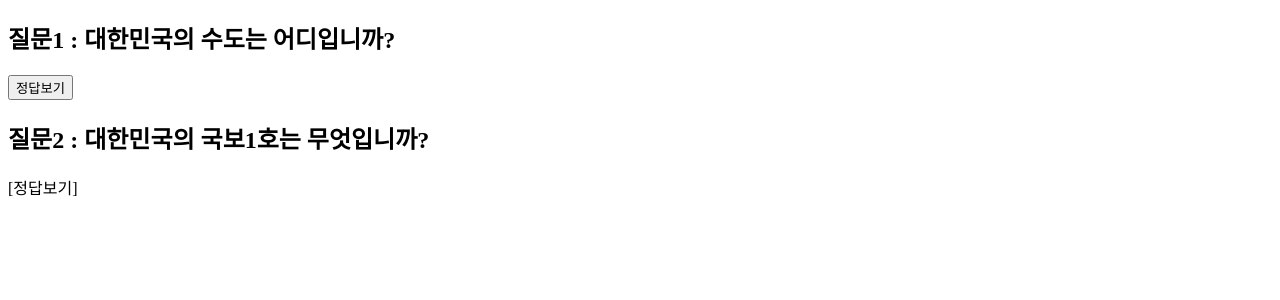
Repository: yoojisoo/YONSAI
Page: http://localhost/teatJava/html/script05.jsp
An editor plug-in stored every save of this project. The page is shown before and after the next save, followed by the edit.
The browser window is 1280 px wide. The pictures show the whole page.
After loading, the first visible `button.q1` was clicked once.
The page is served by Tomcat 9.

Above is the page before, as saved 2021-08-20 05:39:41.
Console error: ReferenceError: count is not defined

### jsworkspace/teatJava/src/main/webapp/html/script05.jsp
<%@ page language="java" contentType="text/html; charset=UTF-8"
    pageEncoding="UTF-8"%>
<!DOCTYPE html>
<html>
<head>
<meta charset="UTF-8">
<title>정답보기</title>
<script src="../js/jquery-3.6.0.js"></script> <!--제이쿼리라이브러리-->
<script>
	var count1=0;
	var count2=0;
	$(document).ready(function(){
		$("ans").hide();
		$("button.q1").click(function(){
			count1++;
				if(count%2==1){
					$("ans.q1").show();
					$("button.q1").text("정답숨기기");

				}else{
					$("ans.q1").hide();
					$("button.q1").text("정답보기");
				}
		});
		$("p.q2").click(function(){
			count2++;
				if(count%2==1){
					$("ans.q2").show();

				}else{
					$("ans.q2").hide();
				}
		});
	});
</script>
</head>
<body>
	<h2>질문1 : 대한민국의 수도는 어디입니까?</h2>
		<button class="q1">정답보기</button><br>
		<ans class="q1">대한민국의 수도는 서울입니다.</ans>


	<h2>질문2 : 대한민국의 국보1호는 무엇입니까?</h2>
		<p class="q2">[정답보기]</p>
		<ans class="q2">대한민국의 국보1호는 숭례문입니다.</ans>
</body>
</html>

Loaded but not shown: jsworkspace/teatJava/src/main/webapp/js/jquery-3.6.0.js (library)

After the next save:
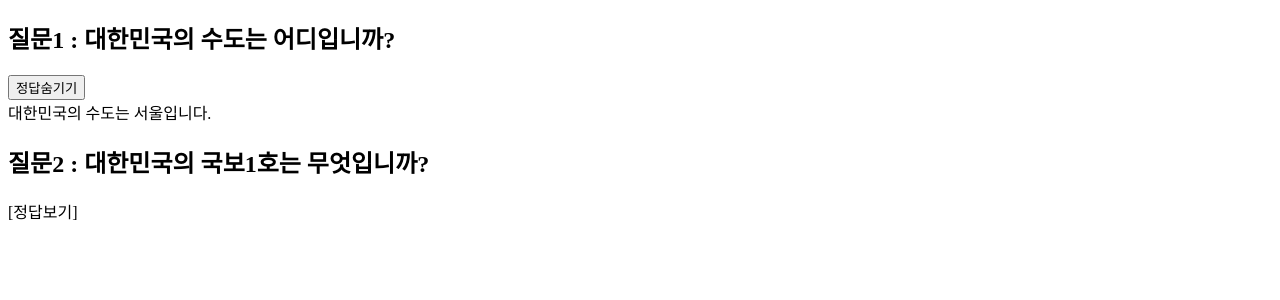
The error is gone.
Saved 13 s later.
--- a/jsworkspace/teatJava/src/main/webapp/html/script05.jsp
+++ b/jsworkspace/teatJava/src/main/webapp/html/script05.jsp
@@ -13,7 +13,7 @@
 		$("ans").hide();
 		$("button.q1").click(function(){
 			count1++;
-				if(count%2==1){
+				if(count1%2==1){
 					$("ans.q1").show();
 					$("button.q1").text("정답숨기기");
 
@@ -24,7 +24,7 @@
 		});
 		$("p.q2").click(function(){
 			count2++;
-				if(count%2==1){
+				if(count2%2==1){
 					$("ans.q2").show();
 
 				}else{
